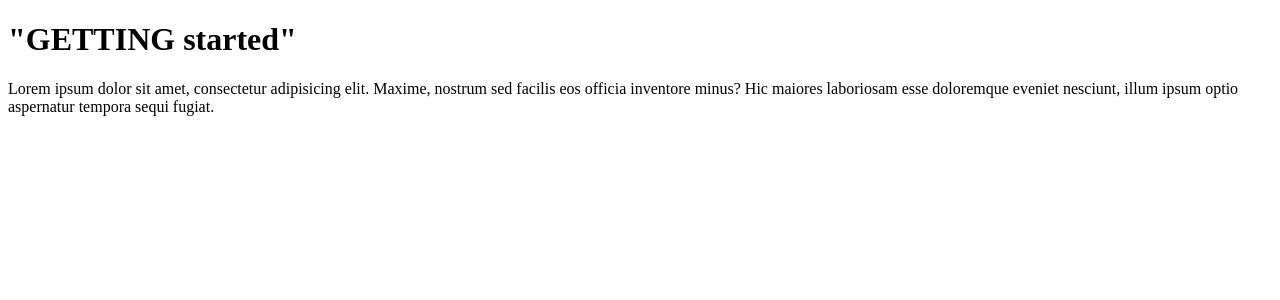
Repository: rosielee09/D3-H-week1
Page: /
These files come from the project's save history. The page is drawn as it stood at one moment and after the next save; the edit follows.
The browser window is 1280 px wide. The pictures show the whole page.
The project was rebuilt for these pictures with package versions that can differ from the ones it lists, and the page was loaded fresh each time. Also part of the build but not shown: vite.config.js, src/index.css.

Above is the page before, as saved 2025-09-10 13:31:51.

After the next save:
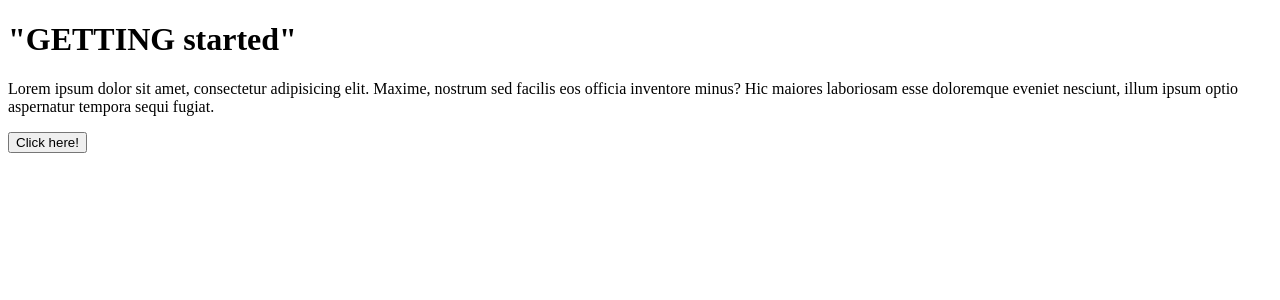
Saved 54 s later.
--- a/src/App.jsx
+++ b/src/App.jsx
@@ -10,6 +10,7 @@ function App() {
 				illum ipsum optio aspernatur tempora sequi
 				fugiat.
 			</p>
+			<button>Click here!</button>
 		</div>
 	);
 }
